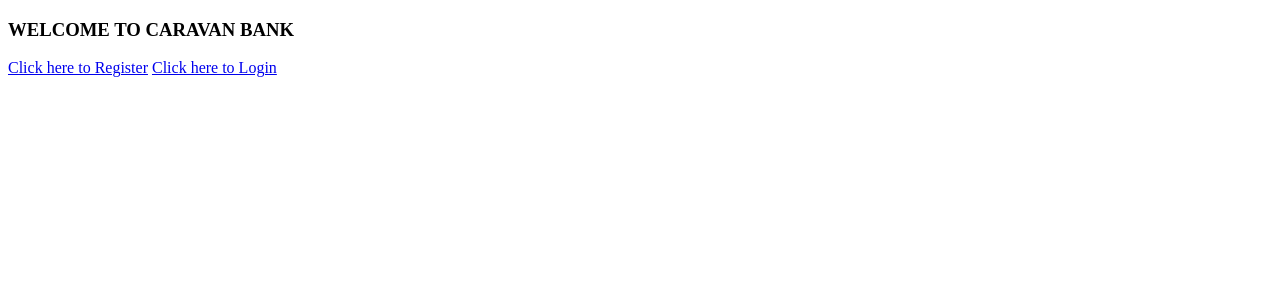
Repository: KGDarshan/BankApplication
Page: CaravanBanking/WebContent/Welcome.html
The author's editor kept a copy of each file at every save. The page is drawn from the files as they stood at one save, then again after a run of saves.
The browser window is 1280 px wide. The pictures show the whole page.

Above is the page before, as saved 2020-10-09 05:13:53.

After the next 2 saves:
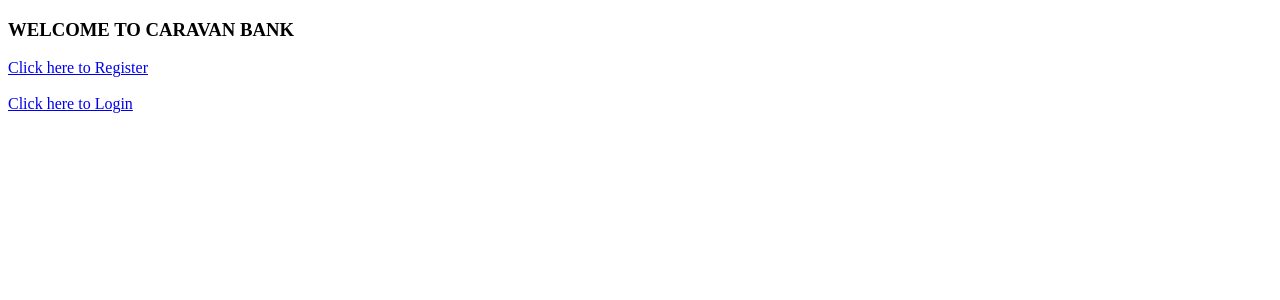
The 2 saves are shown as one change because they came seconds apart.
The last was saved 74 min 29 s later.
--- a/CaravanBanking/WebContent/Welcome.html
+++ b/CaravanBanking/WebContent/Welcome.html
@@ -7,7 +7,7 @@
 <body>
 
 	<h3>WELCOME TO CARAVAN BANK</h3>
-	<a href="Register.html">Click here to Register</a>
+	<a href="Register.html">Click here to Register</a><br><br>
 	<a href="Login.html">Click here to Login</a>
 
 </body>
